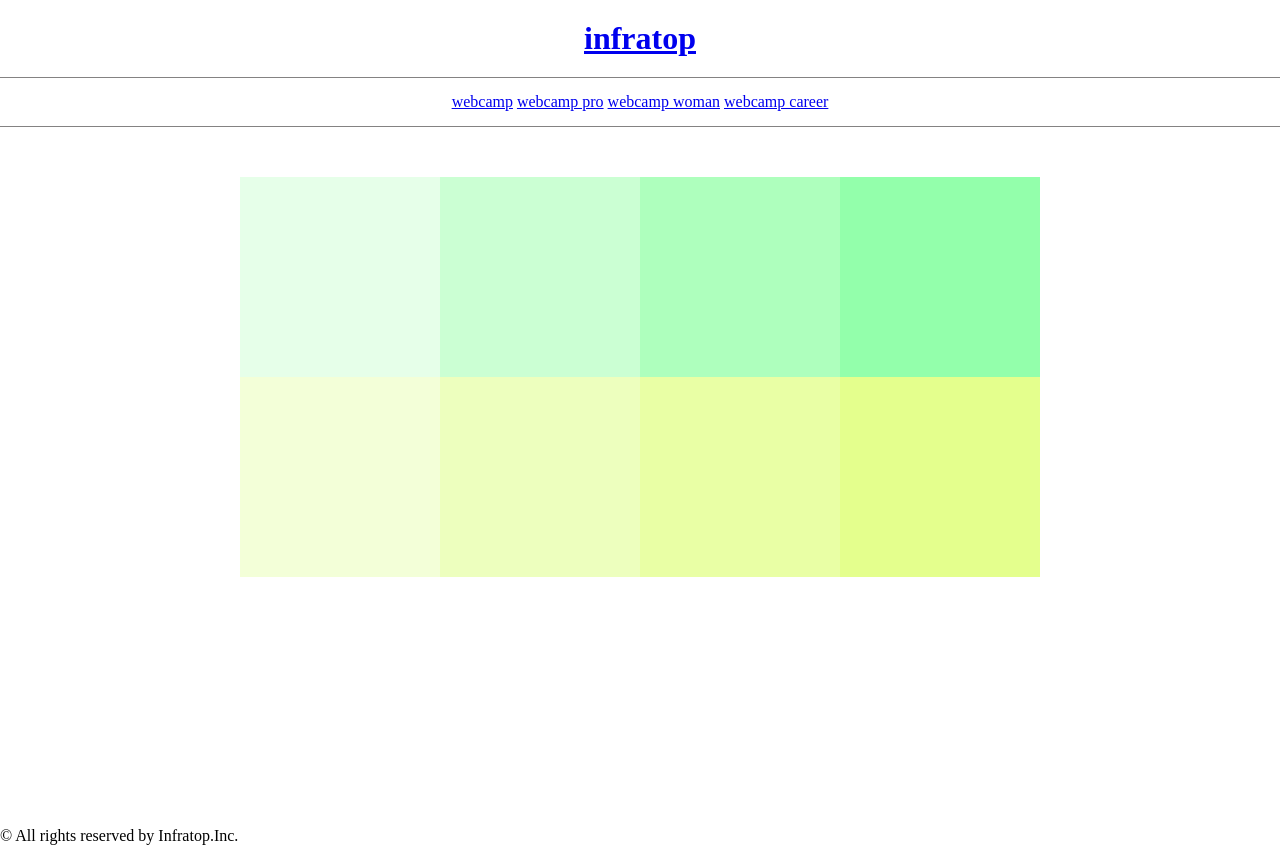
Repository: katayama-Web/html-practice
Page: chapter5_exsersize/chapter5_exesersize.html
The author's editor kept a record of every edit. The page is drawn from the files as they stood at one moment, then again after the next edit.
The browser window is 1280 px wide. The pictures show the whole page.

Above is the page before.

After the next edit:
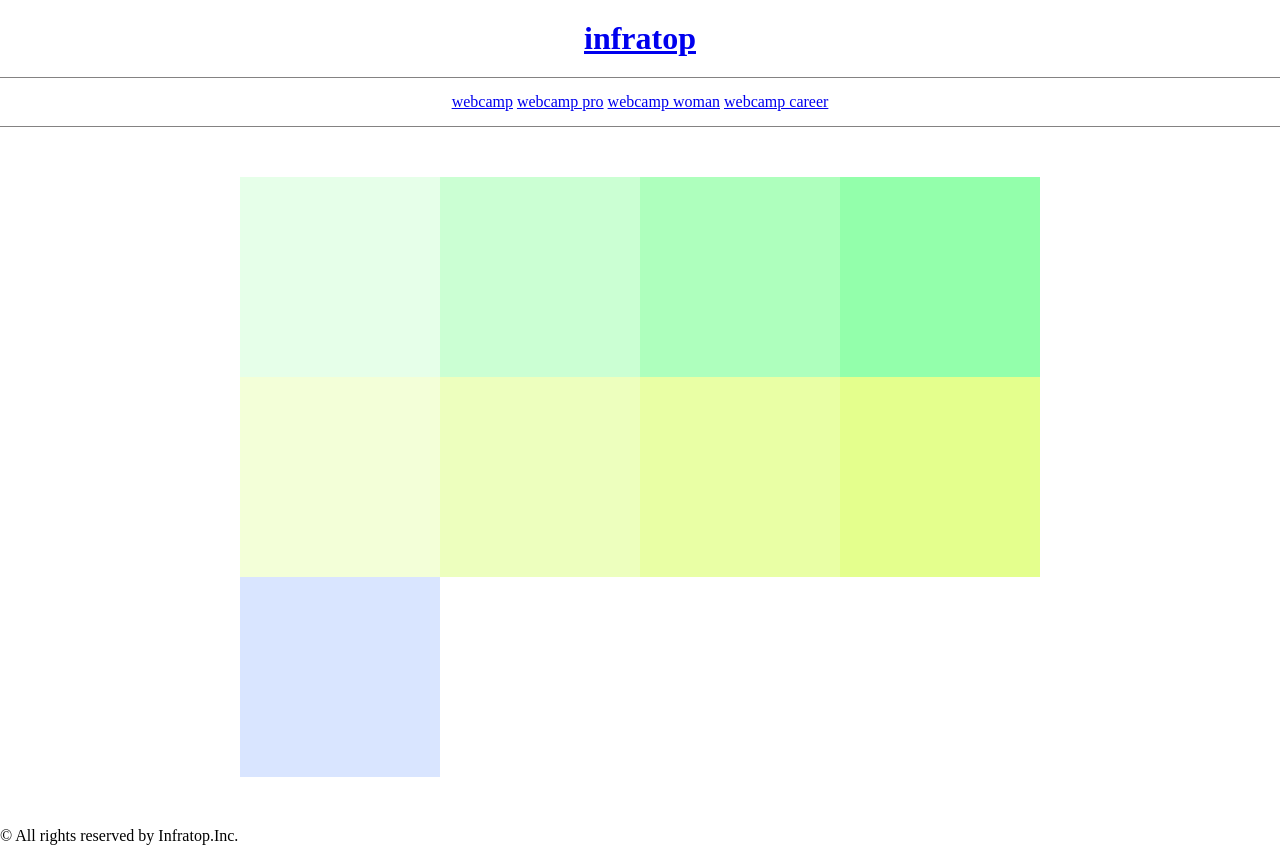
The edit:
--- a/chapter5_exsersize/chapter5_exsersize.css
+++ b/chapter5_exsersize/chapter5_exsersize.css
@@ -82,5 +82,11 @@
 .box9 {
   width: 200px;
   height: 200px;
+  background-color: #d9e5ff;
+}
+
+.box10 {
+  width: 200px;
+  height: 200px;
   background-color: #;
 }
